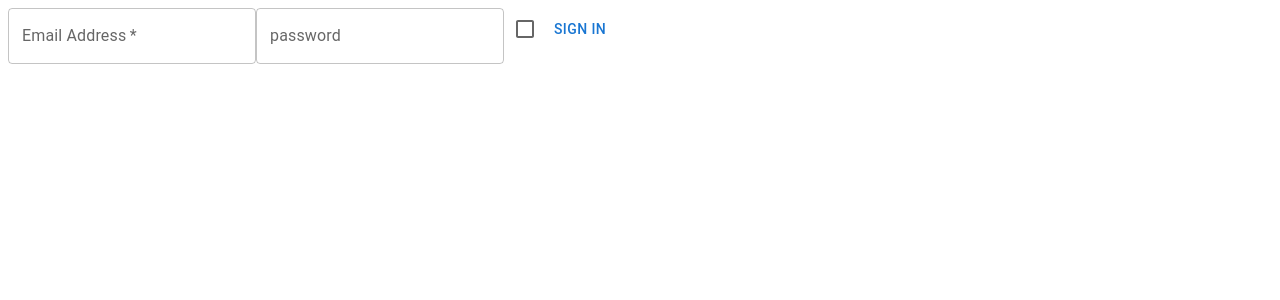
Repository: chlwpdnswku/nextjsportpolioclone
Page: /
An editor plug-in stored every save of this project. The page is shown before and after the next save, followed by the edit.
The browser window is 1280 px wide. The pictures show the whole page.
The project was rebuilt for these pictures with package versions that can differ from the ones it lists, and the page was loaded fresh each time. The framework's server and built-in components were replaced by stand-ins that run in the browser. Also part of the build but not shown: next.config.js.

Above is the page before, as saved 2022-08-05 16:39:20.

### pages/index.tsx
import React, { useState } from 'react';
import type { NextPage } from 'next';
import Head from 'next/head';
import Image from 'next/image';
import styles from '../styles/Home.module.css';
import { Button, TextField } from '@mui/material';
import Checkbox from '@mui/material/Checkbox';

const Home: NextPage = () => {
  return (
    <>
      {/* 필수입력 required */}
      <TextField label='Email Address' required />
      <TextField label='password' type='password' />
      <Checkbox value='remember' color='primary' />
      {/* 서버로 보내는 서브밋 타이틀을 만들어줌. */}
      <Button type='submit'>SIGN IN</Button>
    </>
  );
};

export default Home;

Loaded but not shown: pages/_app.tsx (common file); styles/globals.css (no stored copy; drawn as an empty file)

After the next save:
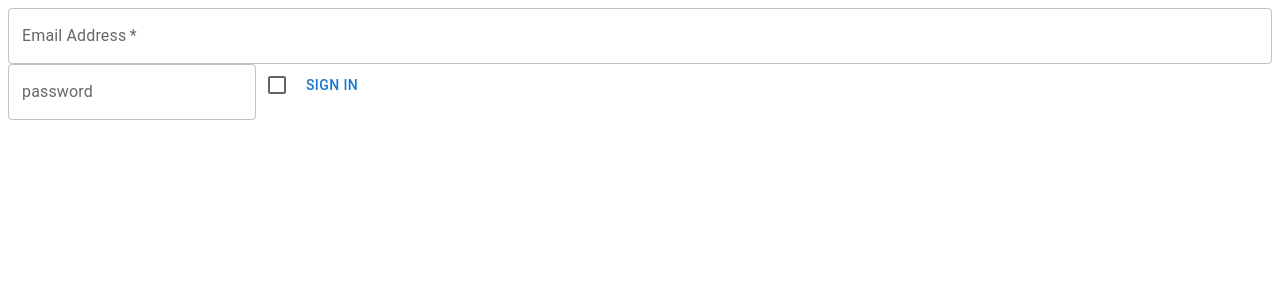
Saved 22 s later.
--- a/pages/index.tsx
+++ b/pages/index.tsx
@@ -10,7 +10,7 @@ const Home: NextPage = () => {
   return (
     <>
       {/* 필수입력 required */}
-      <TextField label='Email Address' required />
+      <TextField label='Email Address' required fullWidth />
       <TextField label='password' type='password' />
       <Checkbox value='remember' color='primary' />
       {/* 서버로 보내는 서브밋 타이틀을 만들어줌. */}
